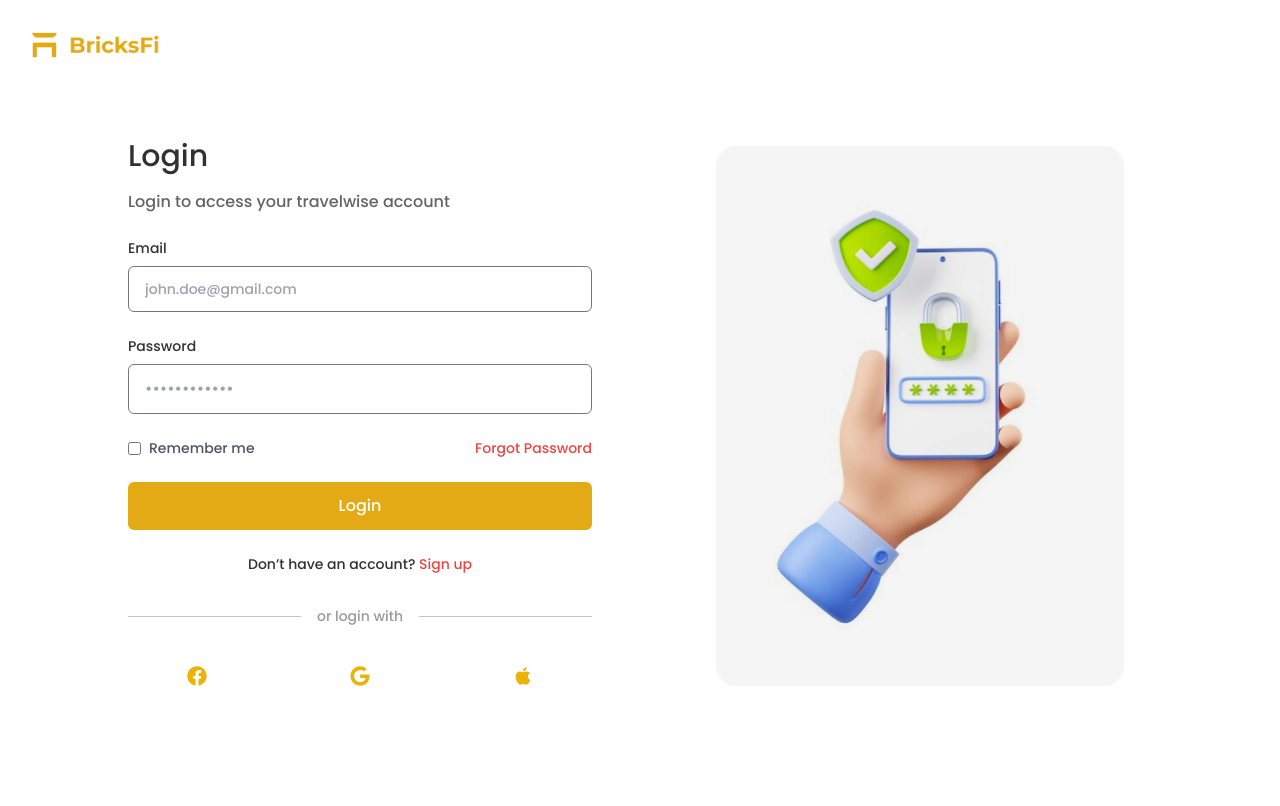
Repository: AyomideAkintade/BricksFi-Frontend
Page: /login (app in client/)
An editor plug-in stored every save of this project. The page is shown before and after the next save, followed by the edit.
The browser window is 1280 px wide. The pictures show the whole page.
The project was rebuilt for these pictures with package versions that can differ from the ones it lists, and the page was loaded fresh each time. Also part of the build but not shown: client/src/components/navbar.jsx, client/src/components/home.jsx, client/src/components/homeSecond.jsx, client/src/components/homeThird.jsx, client/src/components/homeFifth.jsx, client/src/components/homeSixth.jsx, client/src/components/homeSeventh.jsx, client/src/components/signup.jsx and 14 more.

Above is the page before, as saved 2024-10-04 22:16:25.

### client/src/index.css
@import "tailwindcss/base";
@import "tailwindcss/components";
@import "tailwindcss/utilities";


@font-face {
  font-family: Poppins;
  src: url(/src/assets/fonts/Poppins-Regular.ttf) format("truetype");
  src: url(/src/assets/fonts/Poppins-Bold.ttf) format("truetype");
  src: url(/src/assets/fonts/Poppins-Medium.ttf) format("truetype");

}

### client/src/App.js
import { BrowserRouter as Router, Route, Routes } from "react-router-dom";
import Home from "./pages/homePage";
import HomeFourth from "./components/login.jsx";
import HomeEight from "./components/signup.jsx";
import ForgotPasswordPage from "./components/forgotPassword.jsx";
import DashboardLayout from "./pages/dashboardLayout";
import DashboardPage from "./pages/dashboard.jsx";
import PieAnalytics from "./components/analytics.jsx";
import Discover from "./components/discover.jsx";
import SavedPropertyPage from "./components/savedProperties.jsx";
// import DiscoverPage from "./pages/discover.jsx";
// import SavedPropertyPage from "./pages/savedProperty.jsx";

function App() {
  return (
    <Router>
      <Routes>
        {/* Public Routes */}
        <Route path="/" element={<Home />} />
        <Route path="/login" element={<HomeFourth />} />
        <Route path="/signup" element={<HomeEight />} />
        <Route path="/forgot-password" element={<ForgotPasswordPage />} />

        {/* Dashboard Routes with Sidebar and Header */}
        <Route path="/dashboard" element={<DashboardLayout />}>
          <Route index element={<DashboardPage />} />
          <Route path="discover" element={<Discover/>} />
          <Route path="saved-property" element={<SavedPropertyPage/>} />
          <Route path="analytics" element={<PieAnalytics />} />
        </Route>
      </Routes>
    </Router>
  );
}

export default App;

### client/src/components/login.jsx
import React from "react";
import { FaFacebook, FaGoogle, FaApple } from "react-icons/fa";
import BricksFi from '../assets/bricksfi.png'
import LoginImage from './../assets/login-image.webp';
import { Link, useNavigate } from "react-router-dom";

const LoginPage = () => {
  const navigate = useNavigate(); // Initialize the useNavigate hook

  const handleSignUpClick = () => {
    navigate("/signup");
  };
  const handleLoginClick = () => {
    navigate("/dashboard");
  };
  const forgotPassword = () => {
    navigate("/forgot-password");
  };
  return (
    <div className="min-h-screen bg-white font-Poppins">
      <div className="bg-white rounded-lg w-full flex md:flex-row">
        {/* Left side: Form section */}
        <div className="w-full p-8">
          <div className="">
            <img
              src={ BricksFi}
              alt="BricksFi Logo"
              className="w-32 mr-2"
            />
            {/* <h1 className="text-2xl font-bold text-yellow-500">BricksFi</h1> */}
          </div>

          <div className="flex p-12 w-full items-center">

          <div className="w-1/2 px-12 py-8 flex flex-col gap-6 text-[#313131]">
            <div className="flex flex-col gap-4">
              <div className="text-3xl font-regular">Login</div>
              <div className="text-[#313131] text-base opacity-75">Login to access your travelwise account</div>
            </div>

            <form className="flex flex-col gap-6">
              <div className="">
                <label className="block text-sm font-medium mb-2">Email</label>
                <input
                  type="email"
                  placeholder="john.doe@gmail.com"
                  className="w-full px-4 py-3 border-[1px] text-sm rounded-md outline-none border-[#79747E]"
                />
              </div>
              <div className="">
                <label className="block text-sm mb-2">Password</label>
                <input
                  type="password"
                  placeholder="••••••••••••"
                  className="w-full px-4 py-3 border-[1px] rounded-md outline-none border-[#79747E]"
                />
              </div>

              <div className="flex items-center justify-between">
                <label className="flex items-center">
                  <input
                    type="checkbox"
                    className="form-checkbox text-yellow-500"
                  />
                  <span className="ml-2 text-sm text-gray-600">Remember me</span>
                </label>


                <Link to={"/forgot-password"} className="text-sm text-red-500 hover:underline">
                  Forgot Password
                </Link>
              </div>

              <button  onClick={handleLoginClick} className="w-full bg-[#E4AA15] text-white py-3 rounded-md  transition duration-200">
                Login
              </button>
            </form>

            <div className="flex flex-col items-center gap-8">
              <div className="">
                <p className="text-sm text-[#313131]">
                  Don’t have an account?{" "}
                  <Link to={"/signup"} className="text-red-500">
                    Sign up
                  </Link>
                </p>
              </div>
              <div className="relative w-full flex flex-col items-center">
                <div className="absolute w-full h-[1px] bg-[#31313149] top-[50%]"></div>
                <div className="text-sm text-[#3131317d] bg-white px-4 z-[1]">or login with</div>
              </div>
              <div className="flex justify-center gap-6 w-full">
                <button className="p-2 border-[1] border-[#E4AA15] w-full rounded-full text-yellow-500 hover:bg-gray-100 transition duration-200 flex items-center justify-center">
                  <FaFacebook size={20} />
                </button>
                <button className="p-2  border-[1] border-[#E4AA15] rounded-full w-full text-yellow-500 hover:bg-gray-100 transition duration-200 flex items-center justify-center">
                  <FaGoogle size={20} />
                </button>
                <button className="p-2  border-[1] border-[#E4AA15] rounded-full w-full text-yellow-500 hover:bg-gray-100 transition duration-200 flex items-center justify-center">
                  <FaApple size={20} />
                </button>
              </div>
            </div>
          </div>

                  {/* Right side: Image section */}
          <div className="w-1/2 p-2 flex justify-center">
            <img
              src={LoginImage}
              alt="Secure Login Illustration"
              className="w-3/4"
            />
          </div>

          </div>

          </div>


      </div>
    </div>
  );
};

export default LoginPage;

### client/tailwind.config.js
/** @type {import('tailwindcss').Config} */
module.exports = {
  content: ["./src/**/*.{html,js,jsx}"],
  theme: {
    extend: {
      fontFamily: {
        Poppins: ['Poppins'],
      }
    },
    screens: {
      sm: '640px',
      // => @media (min-width: 640px) { ... }

      md: '768px',
      // => @media (min-width: 768px) { ... }

      lg: '1024px',
      // => @media (min-width: 1024px) { ... }

      xl: '1280px',
      // => @media (min-width: 1280px) { ... }

      '2xl': '1536px',
      // => @media (min-width: 1536px) { ... }
      'custombp': {'raw': '(min-height: 375px),(min-width:768px)'}
    },
  },
  plugins: [],
}

Loaded but not shown: client/public/index.html (common file); client/src/index.js (common file); client/src/reportWebVitals.js (common file)

After the next save:
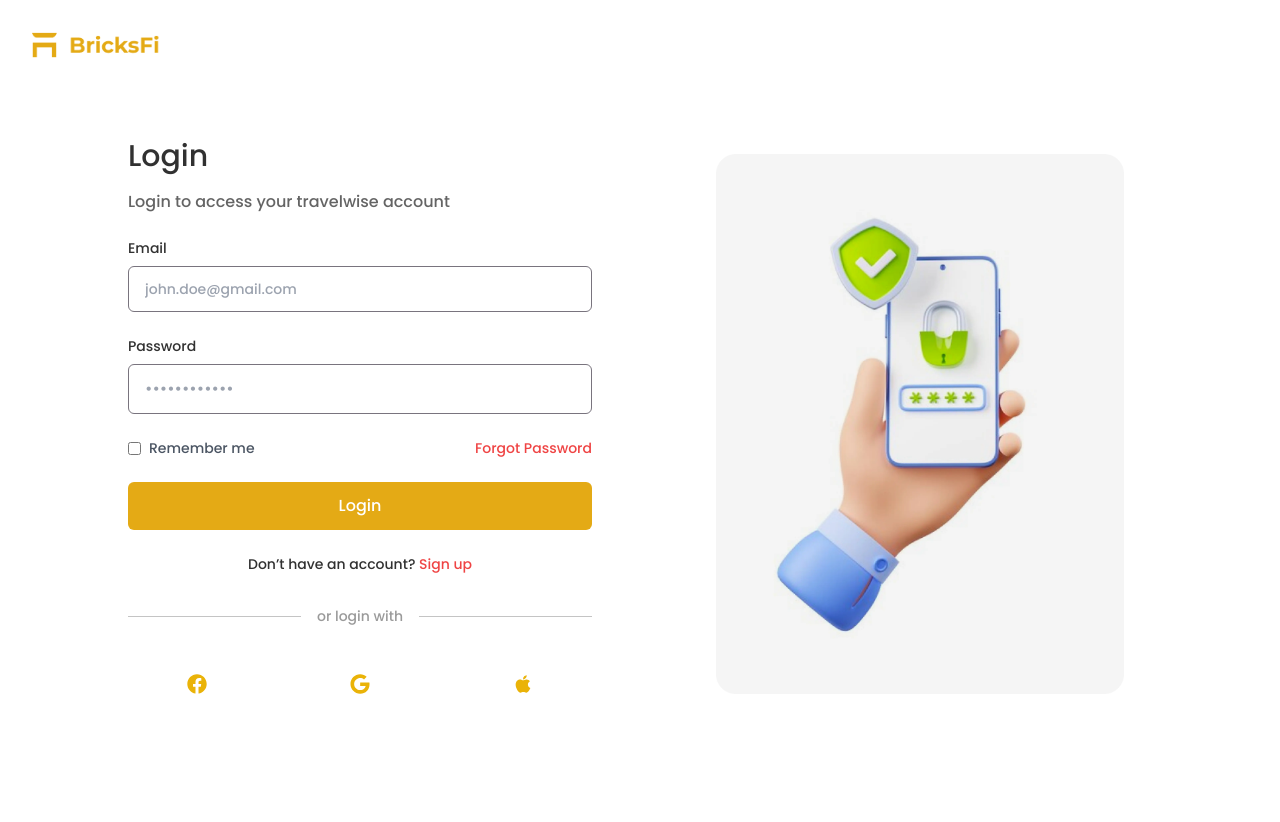
Saved 25 s later.
--- a/client/src/components/login.jsx
+++ b/client/src/components/login.jsx
@@ -90,13 +90,13 @@ const LoginPage = () => {
                 <div className="text-sm text-[#3131317d] bg-white px-4 z-[1]">or login with</div>
               </div>
               <div className="flex justify-center gap-6 w-full">
-                <button className="p-2 border-[1] border-[#E4AA15] w-full rounded-full text-yellow-500 hover:bg-gray-100 transition duration-200 flex items-center justify-center">
+                <button className="py-4 border-[1] border-[#E4AA15] w-full rounded-full text-yellow-500 hover:bg-gray-100 transition duration-200 flex items-center justify-center">
                   <FaFacebook size={20} />
                 </button>
-                <button className="p-2  border-[1] border-[#E4AA15] rounded-full w-full text-yellow-500 hover:bg-gray-100 transition duration-200 flex items-center justify-center">
+                <button className="py-4  border-[1] border-[#E4AA15] rounded-full w-full text-yellow-500 hover:bg-gray-100 transition duration-200 flex items-center justify-center">
                   <FaGoogle size={20} />
                 </button>
-                <button className="p-2  border-[1] border-[#E4AA15] rounded-full w-full text-yellow-500 hover:bg-gray-100 transition duration-200 flex items-center justify-center">
+                <button className="py-4  border-[1] border-[#E4AA15] rounded-full w-full text-yellow-500 hover:bg-gray-100 transition duration-200 flex items-center justify-center">
                   <FaApple size={20} />
                 </button>
               </div>
